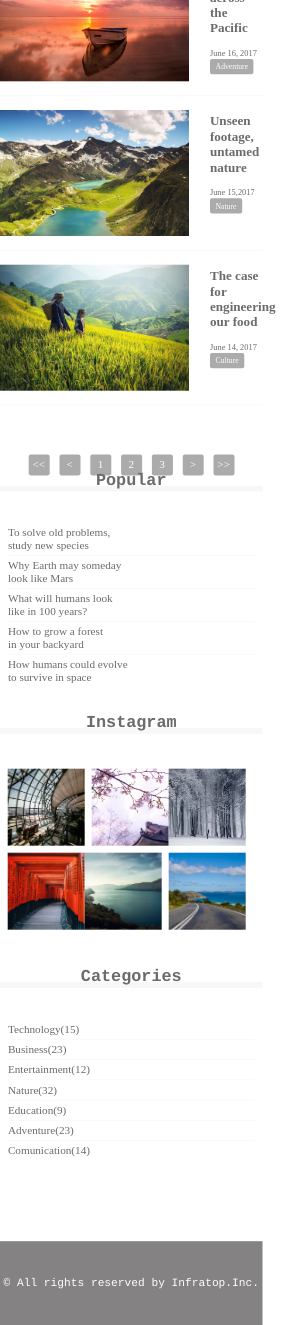
Repository: uchinokana/git-practiced
Page: caravan/index.html
The author's editor kept a record of every edit. The page is drawn from the files as they stood at one moment, then again after the next edit.
The browser window is 375 px wide. The page is 422 px wide, so the pictures cover 422 px, including what lies to the right of the window. The pictures show the part of the page from y = 1143 to 3383 px (the page is 3036 px tall before and 3383 px after), at 70% of full size.

Above is the page before.

### caravan/index.html
<!DOCTYPE html>
<html lang="ja">
  <head>
    <meta charset="UTF-8" />
    <!-- CSSファイルの読み込み -->
    <link rel="stylesheet" href="style.css" />
    <title>CARAVAN</title>
  </head>

  <body>
    <!-- header -->
    <header>
      <h1 class="heading">
        <a href="index.html">
          CARAVAN
        </a>
      </h1>
    </header>

    <!-- navigation -->
    <nav>
      <ul class="nav-list">
        <li class="nav-list-item">
          <a href="index.html">Home</a>
        </li>
        <li class="nav-list-item">About</li>
        <li class="nav-list-item">Topic</li>
      </ul>
    </nav>

    <!-- main-visual用のdiv -->
    <div class="main-visual">
      <div class="main-visual-content">
        <p class="main-visual-text">
          The world is a book<br />
          and those who do not travel<br />
          read only one page.
        </p>
        <p class="main-visual-name">
          St. Augustine
        </p>
      </div>
    </div>

    <main>
      <section class="blog">
        <h2 class="blog-heading">Recent Blogs</h2>
        <div class="blog-box">
        <div class="blog-item">
          <img class="blog-image" src="img/forest.jpg">
          <section class="blog-text">
            <h3 class="blog-text-heading">
              <a href="single.html">
                Hopeful lessons from<br>
                the battle to save<br>
                rainforests
              </a>
            </h3>
            <p class="blog-date">June 19.2017</p>
            <span class="category">Nature</span>

            </section>
          </div>
          <div class="blog-item">
            <img class="blog-image" src="img/desert.jpg" />
            <section class="blog-text">
              <h3 class="blog-text-heading">
                <a href="single.html">
                  How to fight<br>
                  desertification and<br>
                  reverse climate change
                </a>
              </h3>
              <p class="blog-date">June 17, 2017</p>
              <span class="category">Nature</span>
            </section>
          </div>
            </div>
            <div class="blog-item">
            <img class="blog-image" src="img/sunset.jpg"/>
              <section class="blog-text">
                <h3 class="blog-text-heading">
                  <a href="single.html">
                    Why I'm rowing<br>
                    across the Pacific
                  </a>
                </h3>
                <p class="blog-date">June 16, 2017</p>
                <span class="category">Adventure</span>

            </section>
            </div>
            <div class="blog-item">
              <img class="blog-image" src="img/italy.jpg"/>
              <section class="blog-text">
                <h3 class="blog-text-heading">
                  <a href="single.html">
                    Unseen footage,<br>
                    untamed nature
                  </a>
                </h3>
                <p class="blog-date">June 15,2017</p>
                <span class="category">Nature</span>

              </section>
              </div>
              <div class="blog-item">
                <img class="blog-image" src="img/asia.jpg"/>
                <section class="blog-text">
                  <h3 class="blog-text-heading">
                    <a href="single.html">
                      The case for<br>
                      engineering our food
                    </a>
                  </h3>
                  <p class="blog-date">June 14, 2017</p>
                  <span class="category">Culture</span>

                </section>
              </div>
              </div>
              <div class="pagination">
                <p><<</p>
                <p><</p>
                <p>1</p>
                <p>2</p>
                <p>3</p>
                <p>></p>
                <p>>></p>
              </div>

              </section>

      <div class="sidebar">
        <section class="popular">
          <h2 class="popular-heading common-heading">Popular</h2>
          <div class="sidebar-contents">
            <p class="popular-text">To solve old problems,<br>study new species</p>
            <p class="popular-text">Why Earth may someday<br>look like Mars</p>
            <p class="popular-text">What will humans look<br>like in 100 years?</p>
            <p class="popular-text">How to grow a forest<br>in your backyard</p>
            <p class="popular-text">How humans could evolve<br>to survive in space</p>

          </div>
        </section>
        <section class="instagram">
          <h2 class="instagram-heading common-heading">Instagram</h2>
          <div class="sidebar-contents">
            <div class="instagram-box"></div>
            <div class="instagram-box"></div>
            <div class="instagram-box"></div>
            <div class="instagram-box"></div>
            <div class="instagram-box"></div>
            <div class="instagram-box"></div>
          </div>

        </section>
        <section class="categories">
          <h2 class="categories-heading common-heading">Categories</h2>
          <div class="sidebar-contents">
            <p class="categories-text">Technology(15)</p>
            <p class="categories-text">Business(23)</p>
            <p class="categories-text">Entertainment(12)</p>
            <p class="categories-text">Nature(32)</p>
            <p class="categories-text">Education(9)</p>
            <p class="categories-text">Adventure(23)</p>
            <p class="categories-text">Comunication(14)</p>
          </div>

        </section>


      </div>


    </main>
    <!-- footer -->
    <footer>
      <p class="footer-text">© All rights reserved by Infratop.Inc.</p>
    </footer>
  </body>
</html>

### caravan/style.css
* {
  margin: 0;
  padding: 0;
  box-sizing: border-box;
  color: #6c6b6b;
}

a {
  text-decoration: none;
}

header, nav, h2, .main-visual, footer {
  font-family: Chalkduster, "Bradley Hand", Courier, "Segoe Print", sans-serif;
}

header {
  width: 90%;
  padding: 15px 0;
  margin: 0 auto;
  text-align: center;
  position: relative;
}

.social i {
  display: inline-block;
  margin-left: 20px;
}

.social {
  position: absolute;
  top: 22px;
  right: 22px;
}

header .heading {
  font-size: 32px;
}

.nav-list {
  text-align: center;
  padding: 10px 0;
  margin: 0 auto;
}

.nav-list-item {
  list-style: none;
  display: inline-block;
  margin: 0 20px;
}

.main-visual {
  width: 100%;
  height: 300px;
  background-image: url(img/mv.jpg);
  background-size: cover;
  background-position: center;
}

.main-visual-content {
  width: 40%;
  height: 300px;
  background-color: rgba(0, 0, 0, 0.5);
  text-align: center;
  padding-top: 105px;
}


.main-visual-text {
  color: #fff;
}


.main-visual-name {
  margin-top: 30px;
  color: #fff;
}
main {
  width: 800px;
  display: flex;
  justify-content: center;
  margin: 0 auto;
  padding: 70px 0;
}

.blog {
  width: 540px;
  margin-right: 30px;
}

.blog-heading {
  border-bottom: 8px solid #f7f7f7;
  text-align: center;
  line-height: 0.6;
}

.blog-box {
  padding-top: 50px;
}

.blog-item {
  padding-bottom: 20px;
  margin-bottom: 20px;
  border-bottom: 1px solid #f7f7f7;
  display: flex;
  justify-content: flex-start;
}

.blog-image {
  height: 180px;
}

.blog-text {
  padding: 25px 0 0 30px;
}

.blog-text-heading {
  padding-bottom: 15px;
}

.blog-date {
  font-size: 12px;
  display: inline-block;
}

.category {
  display: inline-block;
  padding: 5px 8px;
  background-color: #acabab;
  border-radius: 3px;
  color: #fff;
  font-size: 11px;
}

.pagination {
  text-align: center;
  padding-top: 50px;

}

.pagination p {
  display: inline-block;
  width: 30px;
  height: 30px;
  margin: 0 5px;
  color: #fff;
  background-color: #acabab;
  border-radius: 3px;
  line-height: 30px;
}

.sidebar {
  width: 230px;
}

.common-heading {
  border-bottom: 8px solid #f7f7f7;
  text-align: center;
  line-height: 0.6;
}

.sidebar-contents {
  padding: 50px 0;
}

.popular-text,
.categories-text {
  padding-bottom: 5px;
  border-bottom: 1px solid #f7f7f7;
  margin-bottom: 5px;
}
.popular-text:last-child,
.categories-text:last-child {
  margin: 0;
  padding: 0;
  border: none;
}

.instagram .sidebar-contents {
  display: flex;
  flex-wrap: wrap;
}

.instagram-box {
  width: 110px;
  padding-top: 110px;
  background-size: cover;
  background-position: center;
  margin-bottom: 10px;

}

.instagram-box:nth-child(odd) {
  margin-right: 10px;
}

.instagram-box:nth-child(1) {
  background-image: url(img/airport.jpg)
}
.instagram-box:nth-child(2) {
  background-image: url(img/japan.jpg);
}
.instagram-box:nth-child(3) {
  background-image: url(img/snow.jpg);
}
.instagram-box:nth-child(4) {
  background-image: url(img/japan2.jpg);
}
.instagram-box:nth-child(5) {
  background-image: url(img/lake.jpg);
}
.instagram-box:nth-child(6) {
  background-image: url(img/road.jpg);
}

footer {
  width: 100%;
  height: 120px;
  text-align: center;
  line-height: 120px;
  background-color: #848282;
}

.footer-text {
  color: #fff;
}

@media screen and (max-width: 425px) {
  header {
    width: 100%
  }

  .nav-list-item {
    width: 100%;
    margin: 0 0 10px 0;
  }
  .social {
    display: none;
  }
  .main-visual-content {
    width: 100%;
  }
  main {
    width: 100%;
    display: block;
  }
  .blog {
    width: 100%;
    margin: 0;
  }
  .blog-box {
    padding-left: 2%;
    padding-right: 2%;
  }
  .blog-text {
    width: 49%;
    padding-top: 5px;
  }
  .sidebar {
    width: 100%;
  }
  .sidebar-contents {
    padding-left: 3%;
    padding-right: 3%;
  }
}

After the next edit:
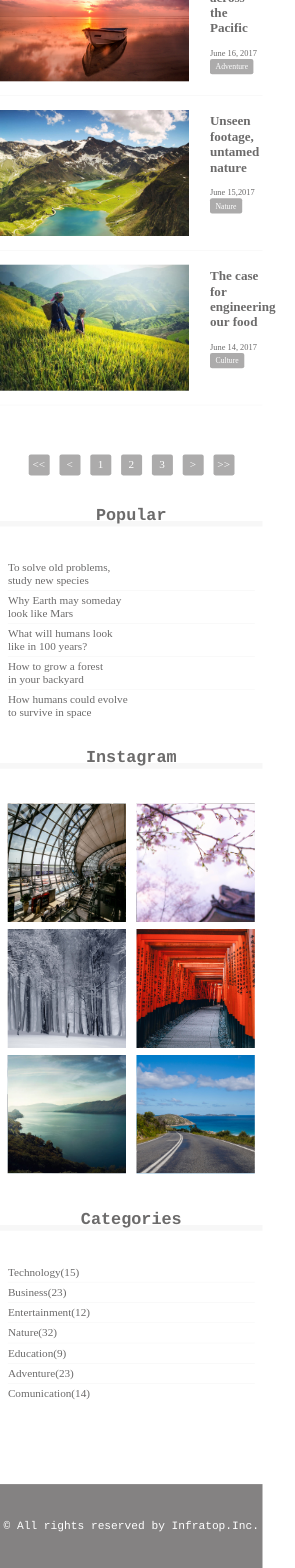
The edit:
--- a/caravan/style.css
+++ b/caravan/style.css
@@ -262,4 +262,14 @@
     padding-left: 3%;
     padding-right: 3%;
   }
-}
+  .instagram-box {
+    width: 48%;
+    padding-top: 48%;
+  }
+  .instagram-box:nth-child(odd) {
+    margin-right: 4%;
+  }
+  .pagination {
+    margin-bottom: 50px;
+  }
+}
